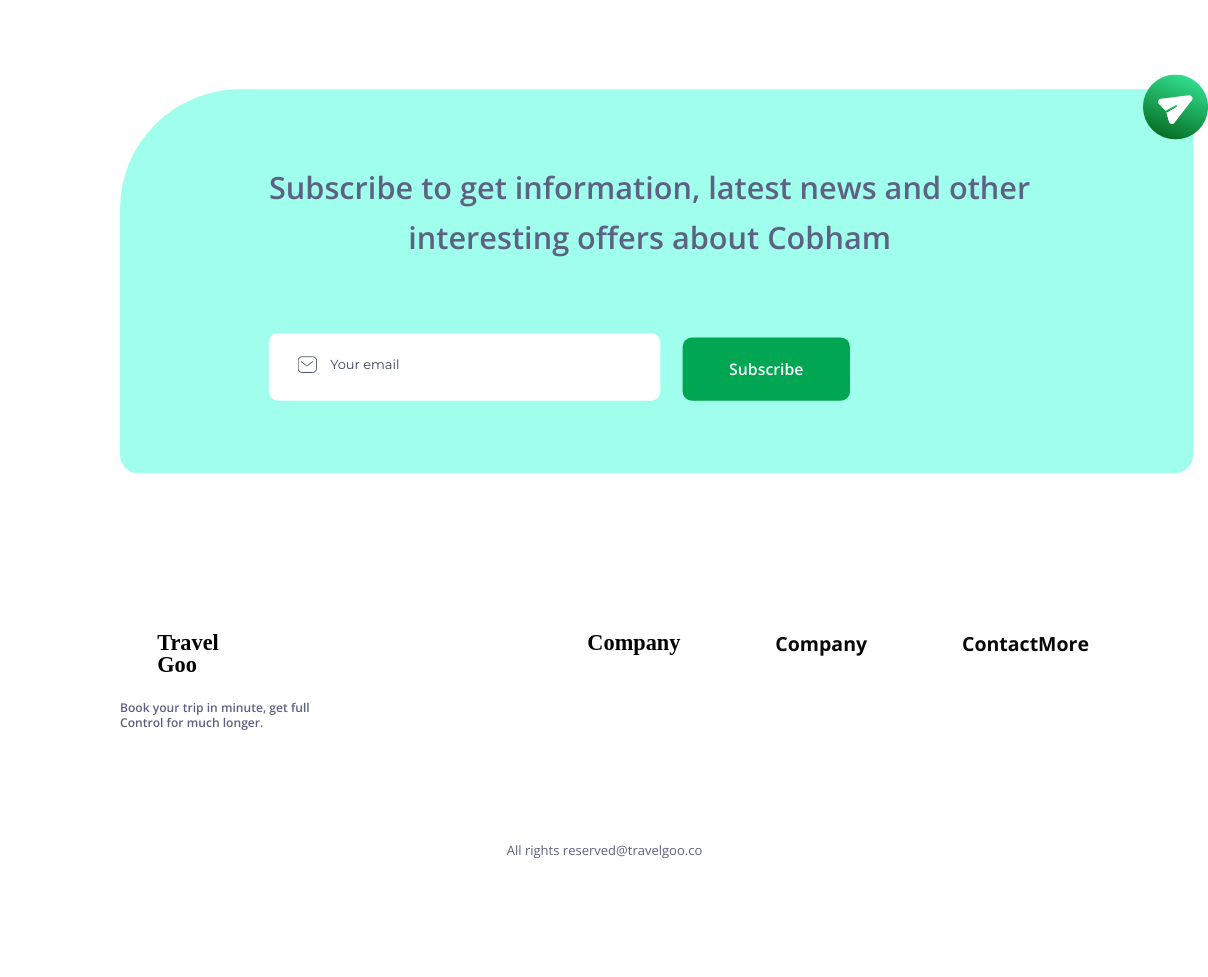
Repository: HeybetzadeQedim/task-5
Page: index.html
An editor plug-in stored every save of this project. The page is shown before and after a run of saves, followed by the edit.
The browser window is 1280 px wide. The page is 1299 px wide, so the pictures cover 1299 px, including what lies to the right of the window. The pictures show the whole page, at 93% of full size.
Some web fonts or font styles are not loaded; a fallback is used.

Above is the page before, as saved 2023-10-16 15:57:14.

After the next 2 saves:
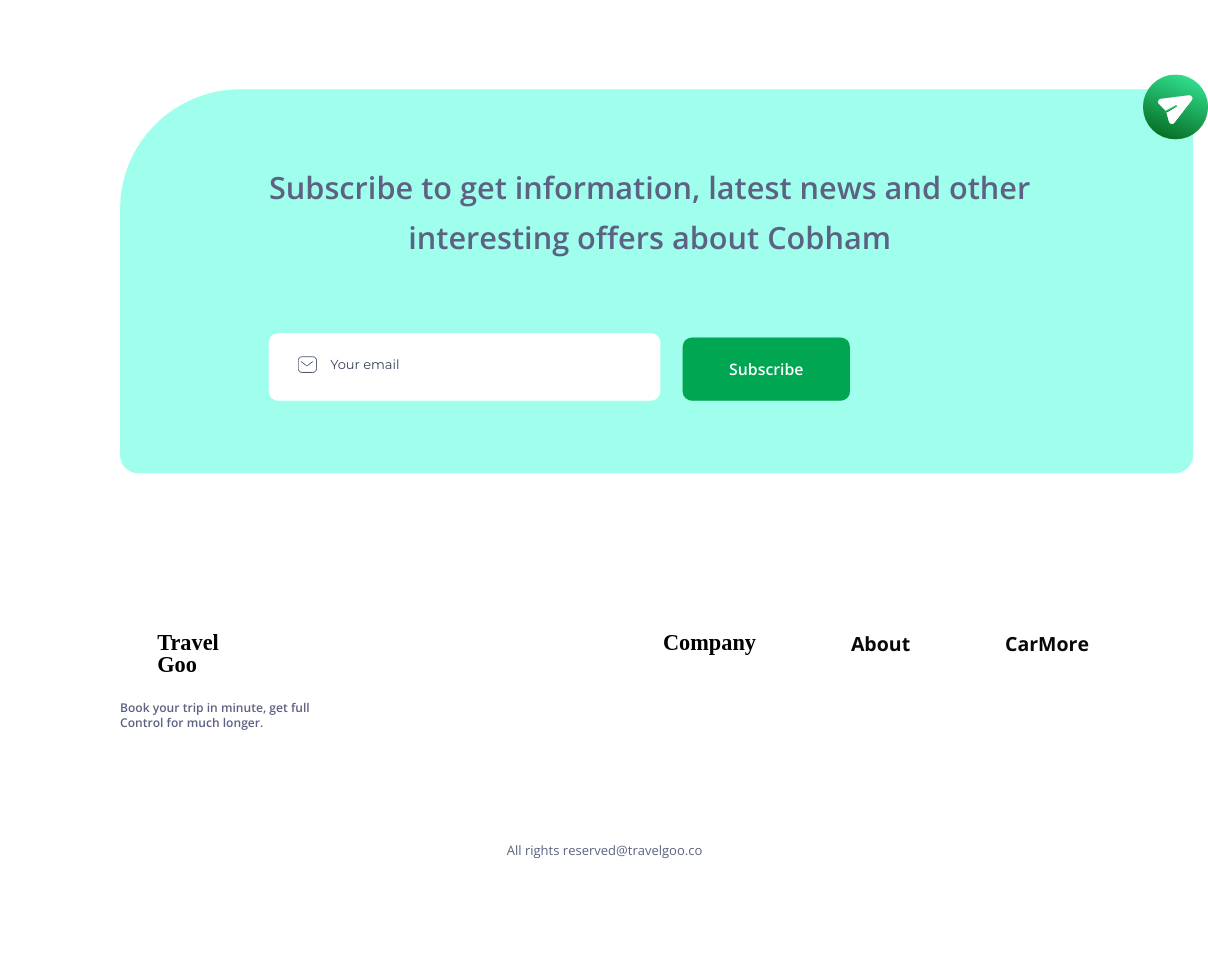
The 2 saves are shown as one change because they came seconds apart.
The last was saved 50 s later.
--- a/index.html
+++ b/index.html
@@ -46,8 +46,8 @@
           <div class="li-container">
             <ul>
                 <h2>Company</h2>
-              <li>Company</li>
-              <li>Contact</li>
+              <li>About</li>
+              <li>Car</li>
               <li>More</li>
             </ul>
           </div>
